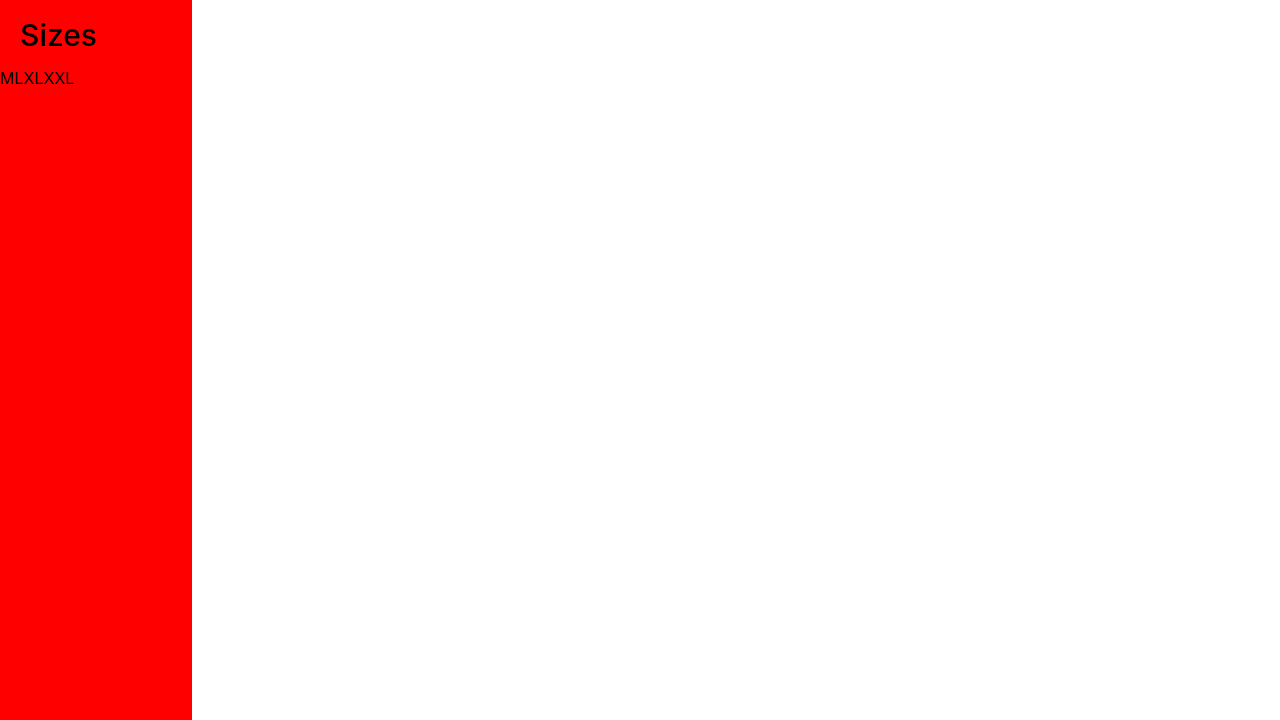
Repository: 0584386177/GiuaKyReactJs
Page: /
The author's editor kept a copy of each file at every save. The page is drawn from the files as they stood at one save, then again after a run of saves.
The browser window is 1280 px wide. The pictures show the whole page.
The page's requests for data from a server got no answer. The project was rebuilt for these pictures with package versions that can differ from the ones it lists, and the page was loaded fresh each time. No one was signed in, and anything a server would have sent is missing.

Above is the page before, as saved 2023-10-16 14:44:43.

After the next 3 saves:
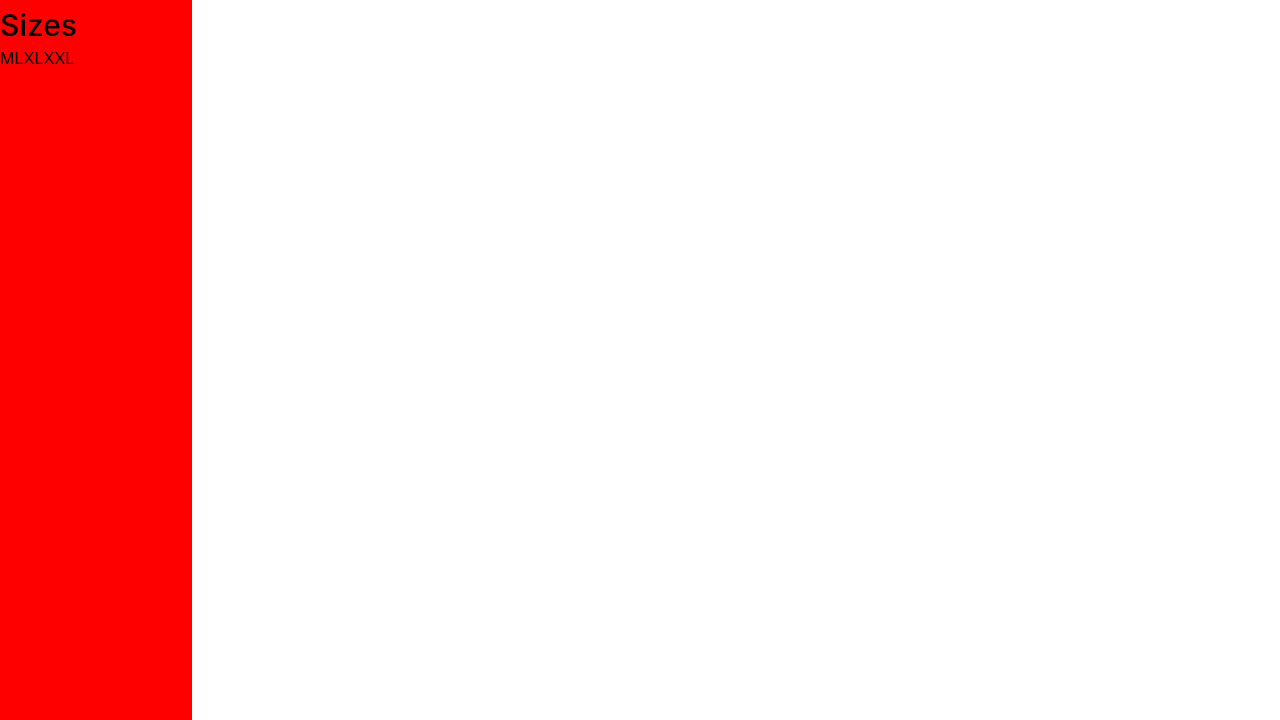
The 3 saves are shown as one change because they came seconds apart.
The last was saved 12 s later.
--- a/src/components/Sizes.jsx
+++ b/src/components/Sizes.jsx
@@ -8,7 +8,7 @@ import styled from 'styled-components';
 const SizesTitle = styled.h3`
     font-weight: 500;
     font-size: 30px;
-    padding: 20px;
+    padding: 10px 0px;
 `
 const Sizes = () => {
 
